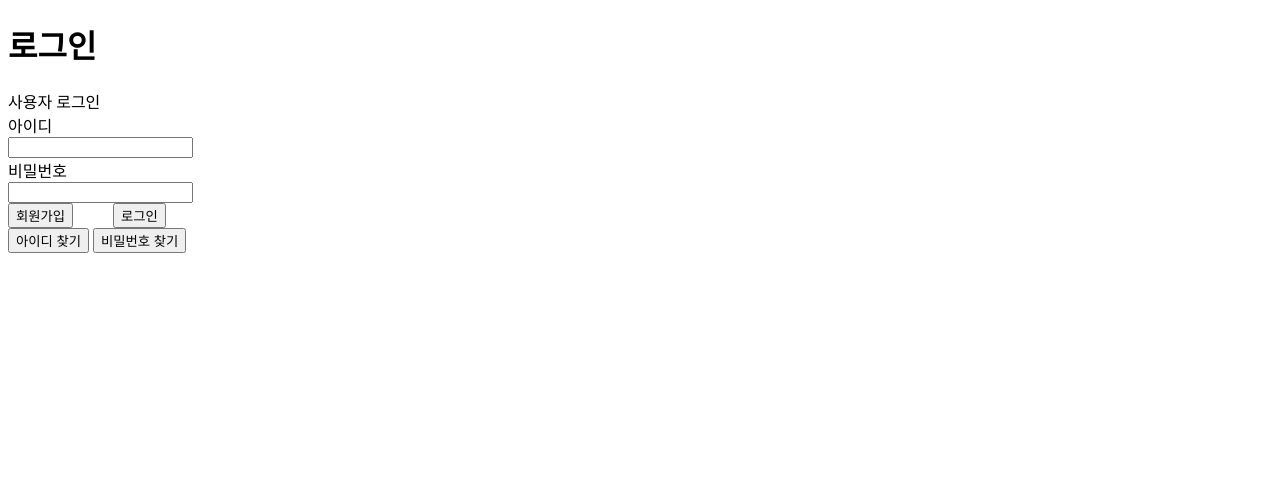
Repository: MeGuuuun/-_TableJava
Page: http://localhost/kimbanbagi/login.jsp
These files come from the project's save history. The page is drawn as it stood at one moment and after the next save; the edit follows.
The browser window is 1280 px wide. The pictures show the whole page.
The page is served by Tomcat 10.

Above is the page before, as saved 2024-06-07 04:34:29.

After the next save:
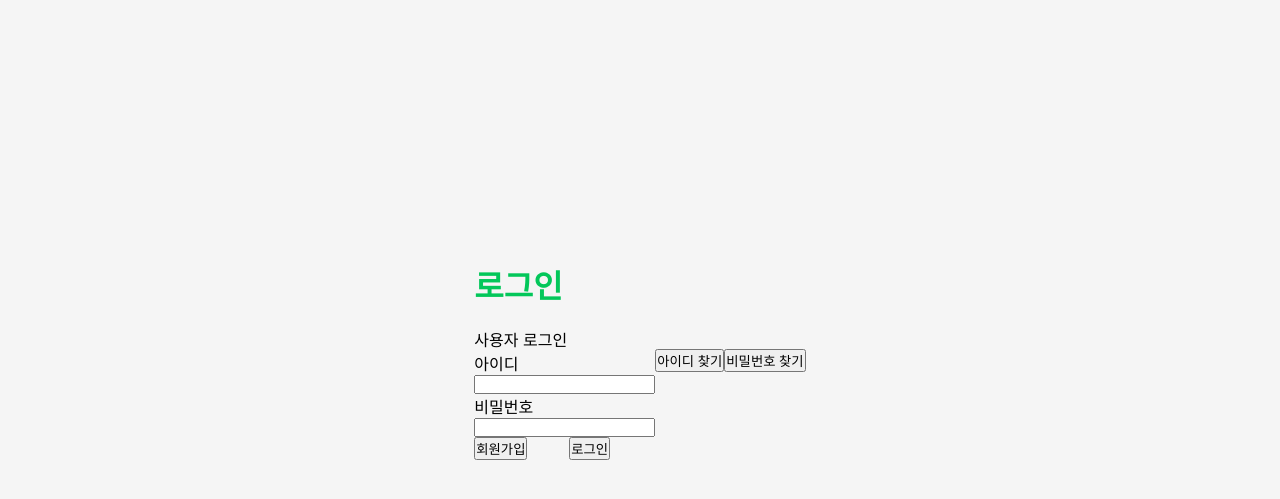
Saved 18 s later.
--- a/tableJava/kimbanbagi/WebContent/login.jsp
+++ b/tableJava/kimbanbagi/WebContent/login.jsp
@@ -5,6 +5,7 @@
 <head>
 <meta charset="utf-8">
 <title>아이디 찾기 페이지</title>
+<link rel="stylesheet" type="text/css" href="css/login.css">
 <script src="https://code.jquery.com/jquery-3.6.0.min.js"></script>
 </head>
 <body>
